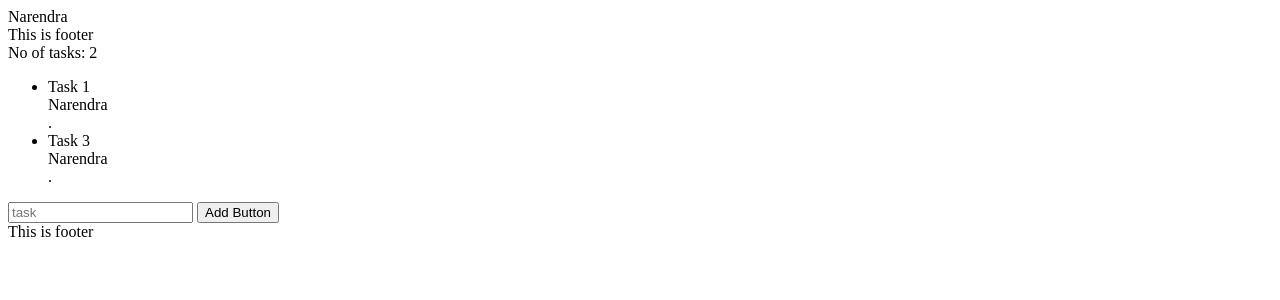
Repository: narendraiitm/jan-2023-term-live-session
Page: todo-vue/index.html
The author's editor kept a copy of each file at every save. The page is drawn from the files as they stood at one save, then again after the next save.
The browser window is 1280 px wide. The pictures show the whole page.

Above is the page before, as saved 2023-02-16 17:56:16.

### todo-vue/index.html
<!DOCTYPE html>
<html lang="en">
  <head>
    <meta charset="UTF-8" />
    <meta http-equiv="X-UA-Compatible" content="IE=edge" />
    <meta name="viewport" content="width=device-width, initial-scale=1.0" />
    <title>Document</title>
    <style>
      .complete {
        color: red;
      }
    </style>
  </head>
  <body>
    <div id="app"></div>
    <script src="https://cdn.jsdelivr.net/npm/vue@2/dist/vue.js"></script>
    <script src="./app.js" type="module"></script>
  </body>
</html>

### todo-vue/app.js
import Footer from './Components/Footer.js'
import Task from './Components/Task.js'

Vue.component('Header', {
  template: `<div> {{name}}
  <Footer />
  </div>`,
  data() {
    return {
      name: 'Narendra',
    }
  },
  components: {
    Footer: Footer,
  },
})

new Vue({
  // options object
  el: '#app',
  template: `<div>
  <Header />
  <div> No of tasks: {{noOfTasks}} </div>
  <ul>

    <li v-for='(task, index) in tasks'>
        <Task :childTask='task' name='Narendra' />
    </li>
  </ul>
  <input placeholder='task' v-model='currentTask' />
  <button @click='addTask()'> Add Button </button>
  <Footer />
  </div>`,
  data: {
    currentTask: null,
    tasks: [
      { name: 'Task 1', complete: false },
      { name: 'Task 3', complete: false },
    ],
  },
  components: {
    Footer,
    Task,
  },
  methods: {
    addTask() {
      this.tasks.push({ name: this.currentTask })
    },
    deleteTask(index) {
      this.tasks.splice(index, 1)
    },
    markAsComplete(index) {
      this.tasks[index].complete = true
    },
  },
  computed: {
    noOfTasks() {
      return this.tasks.length
    },
  },
  watch: {
    currentTask(newVal, oldVal) {
      if (newVal.length > 5) {
        alert('Length of the task cannot be more then 5')
      }
    },
  },
})

### todo-vue/Components/Footer.js
export default {
  template: `<div> This is footer </div>`,
}

### todo-vue/Components/Task.js
export default {
  template: `<div>
    <span>{{childTask.name}}</span>
    <div> {{name}} </div>.
    </div>`,
  props: ['childTask', 'name'],
}

After the next save:
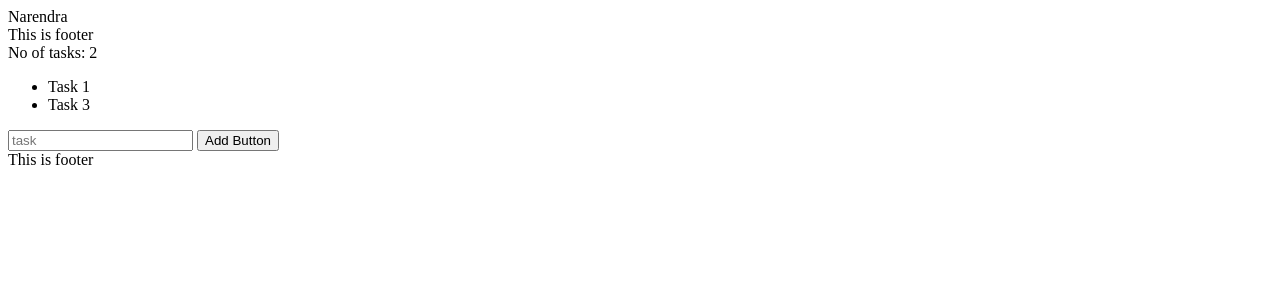
Saved 2 min 29 s later.
--- a/todo-vue/Components/Task.js
+++ b/todo-vue/Components/Task.js
@@ -1,7 +1,6 @@
 export default {
   template: `<div>
     <span>{{childTask.name}}</span>
-    <div> {{name}} </div>.
     </div>`,
   props: ['childTask', 'name'],
 }
